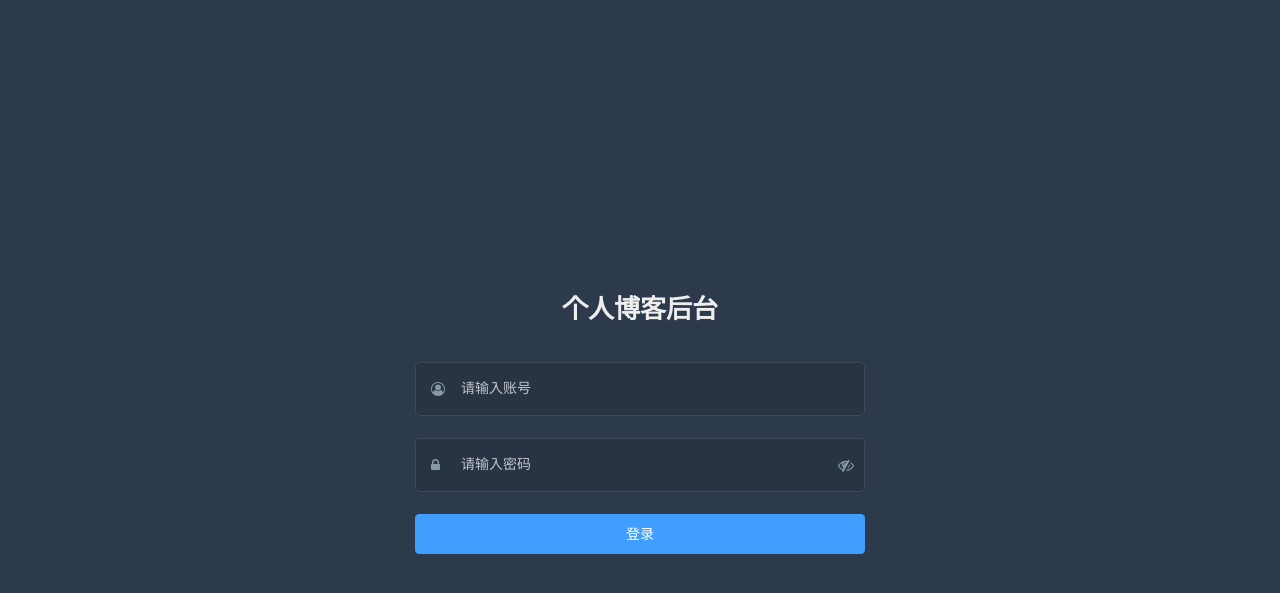
Repository: coWhy/blog-admin
Page: /#/login
An editor plug-in stored every save of this project. The page is shown before and after the next save, followed by the edit.
The browser window is 1280 px wide. The pictures show the whole page.
The page's requests for data from a server got no answer. The project was rebuilt for these pictures with package versions that can differ from the ones it lists, and the page was loaded fresh each time. No one was signed in, and anything a server would have sent is missing. Also part of the build but not shown: vue.config.js.

Above is the page before, as saved 2020-04-27 04:17:40.

After the next save:
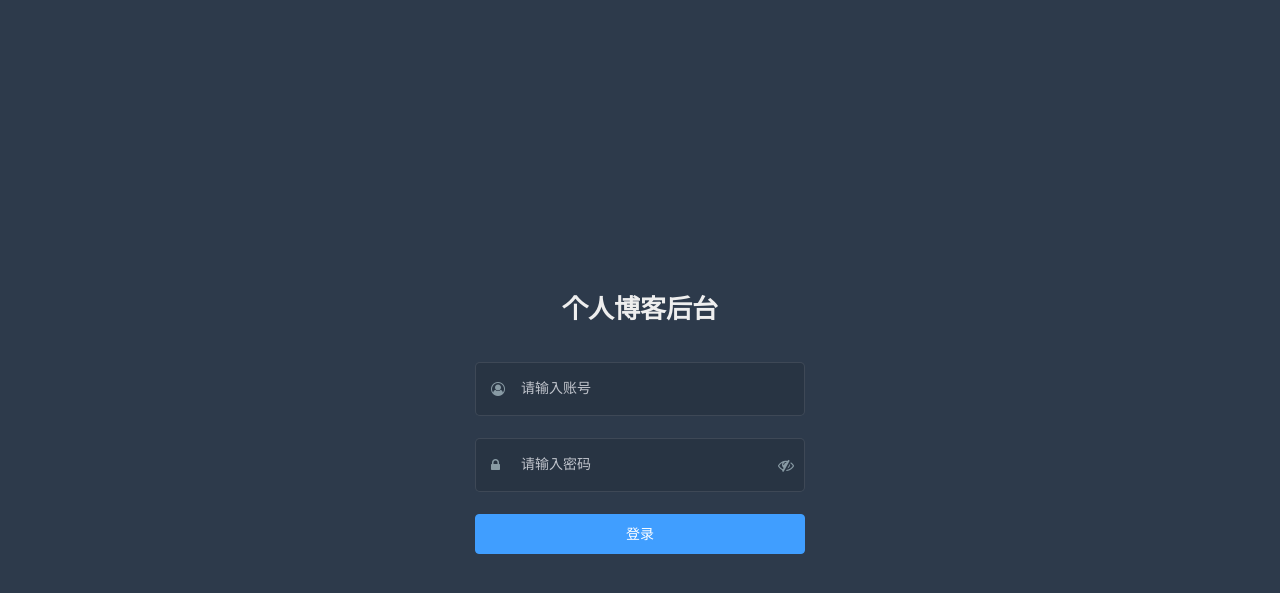
Saved 15 s later.
--- a/src/views/login/index.vue
+++ b/src/views/login/index.vue
@@ -184,7 +184,7 @@ $light_gray: #eee;
 
   .login-form {
     position: relative;
-    width: 520px;
+    width: 400px;
     max-width: 100%;
     padding: 160px 35px 0;
     margin: 0 auto;
